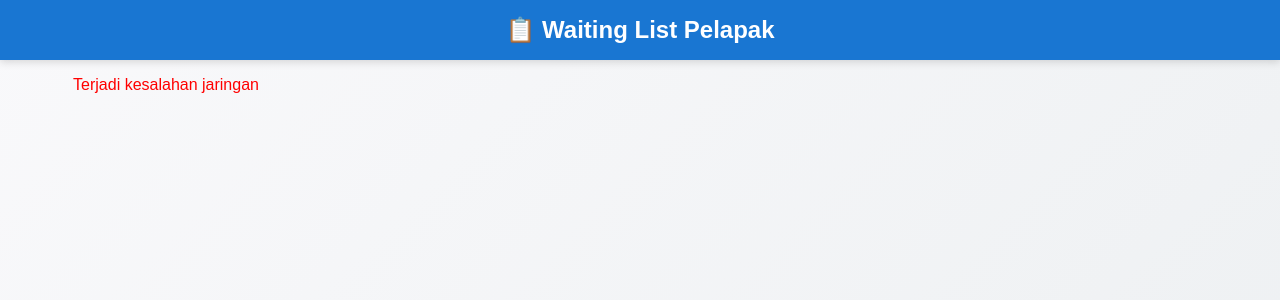
Repository: pasarrakyatbak/WaitingListforPanitia
Page: index.html
The author's editor kept a copy of each file at every save. The page is drawn from the files as they stood at one save, then again after the next save.
The browser window is 1280 px wide. The pictures show the whole page.
The page's requests for data from a server got no answer.

Above is the page before, as saved 2025-09-25 15:22:38.

### index.html
<!DOCTYPE html>
<html lang="id">
<head>
  <meta charset="UTF-8" />
  <meta name="viewport" content="width=device-width, initial-scale=1.0"/>
  <title>Waiting List Pelapak</title>
  <link rel="stylesheet" href="style.css"/>
  <link href="https://fonts.googleapis.com/icon?family=Material+Icons" rel="stylesheet">
</head>
<body>
  <header>
    <h1>📋 Waiting List Pelapak</h1>
  </header>

  <main class="container">
    <div id="listContainer" class="grid"></div>
  </main>

  <!-- Modal Konfirmasi -->
  <div id="modal" class="modal hidden">
    <div class="modal-content">
      <p id="modalMessage"></p>
      <div class="modal-actions">
        <button id="confirmBtn" class="btn primary">Ya</button>
        <button id="cancelBtn" class="btn secondary">Batal</button>
      </div>
    </div>
  </div>

  <!-- Toast Notification -->
  <div id="toast" class="toast hidden">
    <span id="toastMessage"></span>
    <button id="toastClose">&times;</button>
  </div>

  <script src="script.js"></script>
</body>
</html>

### style.css
/* Reset dan global styling */
* {
    margin: 0;
    padding: 0;
    box-sizing: border-box;
}

body {
    font-family: "Poppins", sans-serif;
    background: linear-gradient(135deg, #f9f9fb, #eceff1);
    color: #333;
    min-height: 100vh;
    display: flex;
    flex-direction: column;
}

header {
    padding: 1rem;
    text-align: center;
    background: #1976d2;
    color: #fff;
    box-shadow: 0 2px 8px rgba(0, 0, 0, 0.15);
}

h1 {
    font-size: 1.5rem;
    font-weight: 600;
}

.container {
    flex: 1;
    padding: 1rem;
}

/* Grid layout responsif */
.grid {
    display: grid;
    gap: 1rem;
}

@media (min-width: 480px) {
    .grid {
        grid-template-columns: repeat(2, 1fr);
    }
}

@media (min-width: 768px) {
    .grid {
        grid-template-columns: repeat(3, 1fr);
    }
}

@media (min-width: 1024px) {
    .grid {
        grid-template-columns: repeat(4, 1fr);
    }
}

/* Card style */
.card {
    background: #fff;
    border-radius: 16px;
    box-shadow: 0 6px 16px rgba(0, 0, 0, 0.08);
    padding: 1rem 1.2rem;
    transition: transform 0.25s ease, box-shadow 0.25s ease;
    display: flex;
    flex-direction: column;
    justify-content: space-between;
}

.card:hover {
    transform: translateY(-4px);
    box-shadow: 0 10px 24px rgba(0, 0, 0, 0.12);
}

.card.done {
    border: 2px solid #2e7d32;
    background: #f1f8f4;
}

.card .title {
    font-size: 1.1rem;
    font-weight: 600;
    margin-bottom: 0.3rem;
    color: #222;
}

.card .subtitle {
    color: #555;
    font-size: 0.9rem;
    margin-bottom: 0.25rem;
}

.card .actions {
    margin-top: 0.8rem;
    display: flex;
    gap: 0.5rem;
}

/* Button styles */
.btn {
    border: none;
    padding: 0.5rem 1rem;
    border-radius: 10px;
    cursor: pointer;
    font-size: 0.85rem;
    font-weight: 500;
    transition: 0.3s ease;
}

.btn.primary {
    background: #2e7d32;
    color: #fff;
}

.btn.primary:hover {
    background: #1b5e20;
}

.btn.secondary {
    background: #757575;
    color: #fff;
}

.btn.secondary:hover {
    background: #616161;
}

.btn.danger {
    background: #c62828;
    color: #fff;
}

.btn.danger:hover {
    background: #8e0000;
}

/* Modal */
.modal {
    position: fixed;
    inset: 0;
    background: rgba(0, 0, 0, 0.45);
    display: flex;
    align-items: center;
    justify-content: center;
    z-index: 1000;
}

.modal.hidden {
    display: none;
}

.modal-content {
    background: #fff;
    padding: 1.5rem;
    border-radius: 14px;
    width: 90%;
    max-width: 340px;
    text-align: center;
    animation: fadeInUp 0.3s ease;
}

.modal-actions {
    margin-top: 1rem;
    display: flex;
    justify-content: space-around;
}

/* Toast */
.toast {
    position: fixed;
    top: 50%;
    left: 50%;
    transform: translate(-50%, -50%) scale(0.95);
    background: #323232;
    color: #fff;
    padding: 1rem 1.2rem;
    border-radius: 12px;
    font-size: 0.95rem;
    box-shadow: 0 8px 24px rgba(0, 0, 0, 0.2);
    opacity: 0;
    display: flex;
    align-items: center;
    gap: 1rem;
    transition: opacity 0.4s ease, transform 0.4s ease;
    z-index: 2000;
}

.toast.show {
    opacity: 1;
    transform: translate(-50%, -50%) scale(1.05);
}

.toast.success {
    background: #2e7d32;
}

.toast.error {
    background: #c62828;
}

.toast button {
    background: transparent;
    border: none;
    color: #fff;
    font-size: 1.2rem;
    cursor: pointer;
}

/* Animasi */
@keyframes fadeInUp {
    from {
        transform: translateY(20px);
        opacity: 0;
    }

    to {
        transform: translateY(0);
        opacity: 1;
    }
}

### script.js
const URL_API = "https://script.google.com/macros/s/AKfycby4z2qZ24SrJkcyGpybH29lSUC_3_z1LG-7wSmTzpaOEXrwjXf0Cl3hqkg95qAxPj1-/exec";

const listContainer = document.getElementById("listContainer");
const modal = document.getElementById("modal");
const modalMessage = document.getElementById("modalMessage");
const confirmBtn = document.getElementById("confirmBtn");
const cancelBtn = document.getElementById("cancelBtn");

let selectedItem = null;
let selectedAction = null;

async function loadData(page = 1, limit = 10, keyword = "") {
    let url;
    if (keyword && keyword.trim() !== "") {
        url = `${URL_API}?action=searchWaitingList&keyword=${encodeURIComponent(keyword)}&page=${page}&limit=${limit}`;
    } else {
        url = `${URL_API}?action=waitingList&page=${page}&limit=${limit}`;
    }

    try {
        const res = await fetch(url);
        const json = await res.json();
        if (json.success) {
            listContainer.innerHTML = "";
            json.data.forEach(item => {
                renderCard(item);
            });
        } else {
            listContainer.innerHTML = `<p style="text-align:center;">${json.message || 'Gagal mengambil data'}</p>`;
        }
    } catch (err) {
        console.error("Error loadData:", err);
        listContainer.innerHTML = `<p style="text-align:center; color:red;">Terjadi kesalahan jaringan</p>`;
    }
}

// Membuat card
function renderCard(item) {
    const card = document.createElement("div");
    card.classList.add("card");
    if (item.status === "done") {
        card.classList.add("done");
    }
    card.dataset.no = item.no;

    // isi konten
    card.innerHTML = `
    <div class="title">${item.no}. ${item.nama}</div>
    <div class="subtitle"><strong>Alamat:</strong> ${item.alamat}</div>
    <div class="subtitle"><strong>Jualan:</strong> ${item.jualan}</div>
    <div class="subtitle"><strong>WA:</strong> ${item.nomor_wa}</div>
    <div class="actions">
      <button class="btn primary">Done</button>
      <button class="btn danger">Hapus</button>
    </div>
  `;

    // Event tombol Done
    card.querySelector(".btn.primary").addEventListener("click", () => {
        selectedItem = item;
        selectedAction = "done";
        modalMessage.textContent = `Tandai "${item.nama}" sebagai Done?`;
        modal.classList.remove("hidden");
    });

    // Event tombol Hapus
    card.querySelector(".btn.danger").addEventListener("click", () => {
        selectedItem = item;
        selectedAction = "delete";
        modalMessage.textContent = `Hapus "${item.nama}" dari waiting list?`;
        modal.classList.remove("hidden");
    });

    listContainer.appendChild(card);
}

// Modal tombol batal
cancelBtn.addEventListener("click", () => {
    modal.classList.add("hidden");
    selectedItem = null;
    selectedAction = null;
});

// Modal tombol konfirmasi
confirmBtn.addEventListener("click", async () => {
    if (!selectedItem || !selectedAction) {
        modal.classList.add("hidden");
        return;
    }
    let actionApi = "";
    if (selectedAction === "done") actionApi = "approveWaitingList";
    if (selectedAction === "delete") actionApi = "deleteWaitingList";

    try {
        const res = await fetch(URL_API, {
            method: "POST",
            body: new URLSearchParams({
                action: actionApi,
                no: selectedItem.no
            })
        });
        const json = await res.json();
        if (json.success) {
            if (selectedAction === "done") {
                markAsDone(selectedItem.no);
                showToast(`"${selectedItem.nama}" ditandai Done ✅`, "success");
            } else {
                removeCard(selectedItem.no);
                showToast(`"${selectedItem.nama}" berhasil dihapus ❌`, "success");
            }
        } else {
            showToast(json.message || "Gagal update data", "error");
        }
    } catch (err) {
        console.error("Error confirm:", err);
        showToast("Kesalahan jaringan", "error");
    }
    modal.classList.add("hidden");
});

// Ubah card menjadi Done
function markAsDone(no) {
    const card = listContainer.querySelector(`.card[data-no="${no}"]`);
    if (card) {
        card.classList.add("done");
    }
}

// Hapus card dari UI
function removeCard(no) {
    const card = listContainer.querySelector(`.card[data-no="${no}"]`);
    if (card) {
        card.remove();
    }
}

// Toast
function showToast(message, type = "success") {
    const toast = document.getElementById("toast");
    const toastMessage = document.getElementById("toastMessage");
    const toastClose = document.getElementById("toastClose");

    toastMessage.textContent = message;
    toast.className = `toast ${type} show`;

    const timer = setTimeout(() => {
        toast.className = "toast hidden";
    }, 3000);

    toastClose.onclick = () => {
        clearTimeout(timer);
        toast.className = "toast hidden";
    };
}

// Jalankan loadData saat halaman terbuka
window.addEventListener("DOMContentLoaded", () => {
    loadData();
});

After the next save:
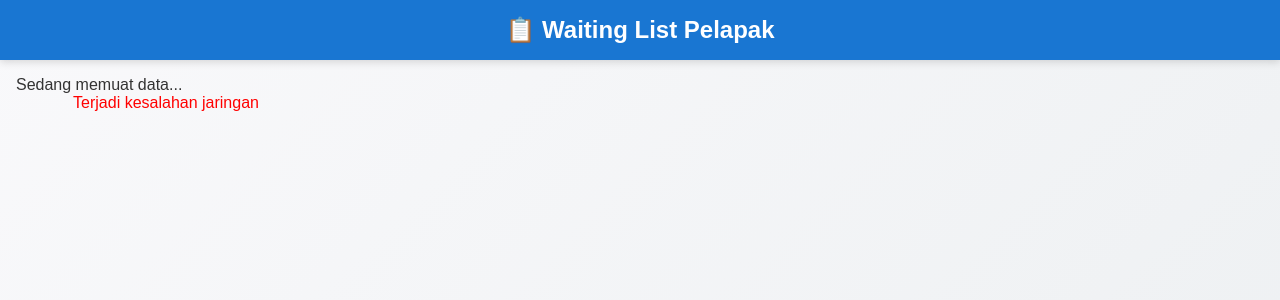
Saved 8 min 56 s later.
--- a/index.html
+++ b/index.html
@@ -1,38 +1,48 @@
 <!DOCTYPE html>
 <html lang="id">
+
 <head>
-  <meta charset="UTF-8" />
-  <meta name="viewport" content="width=device-width, initial-scale=1.0"/>
-  <title>Waiting List Pelapak</title>
-  <link rel="stylesheet" href="style.css"/>
-  <link href="https://fonts.googleapis.com/icon?family=Material+Icons" rel="stylesheet">
+    <meta charset="UTF-8" />
+    <meta name="viewport" content="width=device-width, initial-scale=1.0" />
+    <title>Waiting List Pelapak</title>
+    <link rel="stylesheet" href="style.css" />
+    <link href="https://fonts.googleapis.com/icon?family=Material+Icons" rel="stylesheet">
 </head>
+
 <body>
-  <header>
-    <h1>📋 Waiting List Pelapak</h1>
-  </header>
+    <header>
+        <h1>📋 Waiting List Pelapak</h1>
+    </header>
 
-  <main class="container">
-    <div id="listContainer" class="grid"></div>
-  </main>
+    <main class="container">
+        <!-- Loader -->
+        <div id="loader" class="loader hidden">
+            <div class="spinner"></div>
+            <p>Sedang memuat data...</p>
+        </div>
 
-  <!-- Modal Konfirmasi -->
-  <div id="modal" class="modal hidden">
-    <div class="modal-content">
-      <p id="modalMessage"></p>
-      <div class="modal-actions">
-        <button id="confirmBtn" class="btn primary">Ya</button>
-        <button id="cancelBtn" class="btn secondary">Batal</button>
-      </div>
+        <!-- List -->
+        <div id="listContainer" class="grid"></div>
+    </main>
+
+    <!-- Modal Konfirmasi -->
+    <div id="modal" class="modal hidden">
+        <div class="modal-content">
+            <p id="modalMessage"></p>
+            <div class="modal-actions">
+                <button id="confirmBtn" class="btn primary">Ya</button>
+                <button id="cancelBtn" class="btn secondary">Batal</button>
+            </div>
+        </div>
     </div>
-  </div>
 
-  <!-- Toast Notification -->
-  <div id="toast" class="toast hidden">
-    <span id="toastMessage"></span>
-    <button id="toastClose">&times;</button>
-  </div>
+    <!-- Toast Notification -->
+    <div id="toast" class="toast hidden">
+        <span id="toastMessage"></span>
+        <button id="toastClose">&times;</button>
+    </div>
 
-  <script src="script.js"></script>
+    <script src="script.js"></script>
 </body>
+
 </html>

After the save that followed:
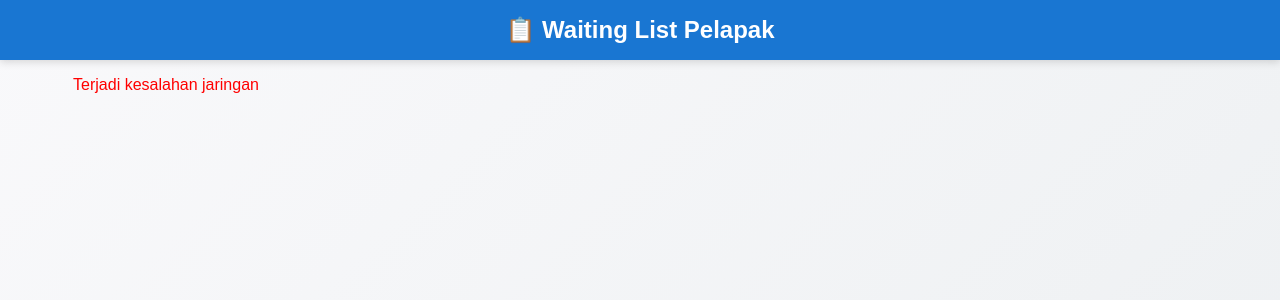
Saved 37 s later.
--- a/style.css
+++ b/style.css
@@ -30,6 +30,35 @@ h1 {
 .container {
     flex: 1;
     padding: 1rem;
+}
+
+/* Loader */
+.loader {
+    display: flex;
+    flex-direction: column;
+    align-items: center;
+    justify-content: center;
+    margin: 2rem 0;
+    gap: 0.8rem;
+}
+
+.loader.hidden {
+    display: none;
+}
+
+.spinner {
+    border: 4px solid #eee;
+    border-top: 4px solid #1976d2;
+    border-radius: 50%;
+    width: 36px;
+    height: 36px;
+    animation: spin 1s linear infinite;
+}
+
+@keyframes spin {
+    100% {
+        transform: rotate(360deg);
+    }
 }
 
 /* Grid layout responsif */
